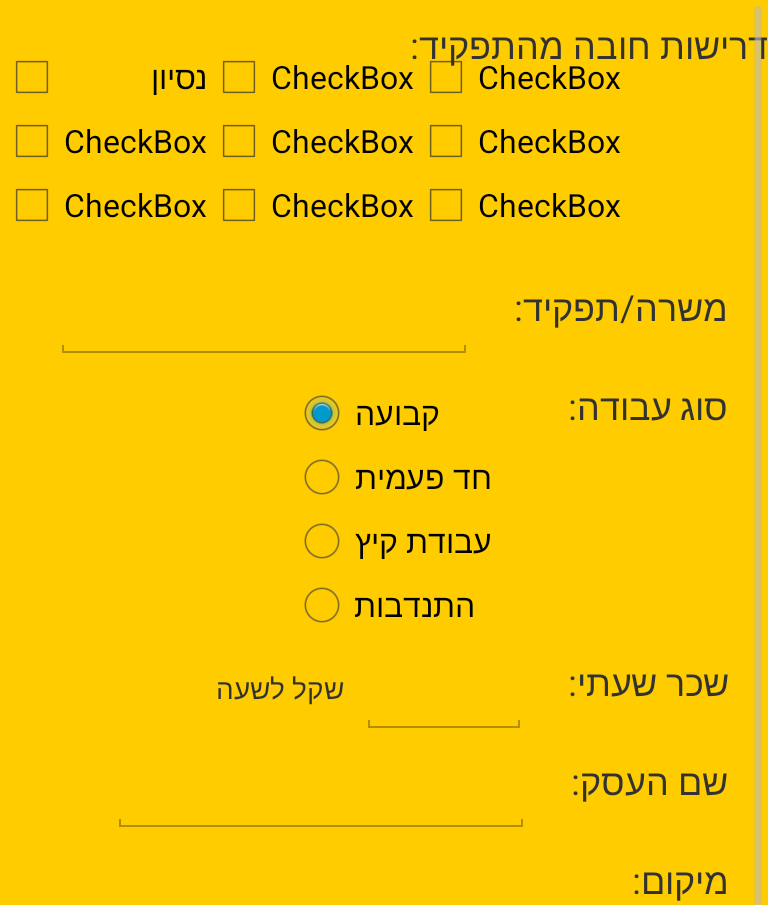
Repository: rodi055/jobli
Layout: Jobli/res/layout/fragment_create_job.xml
An editor plug-in stored every save of this project. The layout is shown before and after the next save, followed by the edit.
The pictures show rows 0 to 905 of an output 1280 px tall.
Pictures or frames that could not be fetched are drawn as grey boxes. It is drawn on a 768 x 1280 px phone screen (xhdpi) without system bars, with theme AppTheme; the app's code is not run. The app's manifest (not shown) leaves right-to-left support off. So textAlignment, textDirection and layoutDirection are ignored, and left and right values win over start and end ones.

Above is the layout before, as saved 2015-01-03 12:38:35.

### Jobli/res/layout/fragment_create_job.xml
<?xml version="1.0" encoding="utf-8"?>
<LinearLayout xmlns:android="http://schemas.android.com/apk/res/android"
    android:layout_width="match_parent"
    android:layout_height="match_parent"
    android:background="#FFCC00"
    android:orientation="vertical" >

    <ScrollView
        android:layout_width="match_parent"
        android:layout_height="wrap_content" >

        <LinearLayout
            android:layout_width="match_parent"
            android:layout_height="wrap_content"
            android:orientation="vertical" >

            <RelativeLayout
                android:layout_width="wrap_content"
                android:layout_height="0dp"
                android:layout_weight="0.56"
                  android:layout_marginTop="10dp" >

                <TextView
                    android:id="@+id/textView10"
                    android:layout_width="wrap_content"
                    android:layout_height="wrap_content"
                    android:layout_alignParentEnd="true"
                    android:layout_alignParentRight="true"
                    android:layout_alignParentTop="true"
                    android:text="דרישות חובה מהתפקיד:"
                    android:textSize="18sp" />

                <TableLayout
                    android:id="@+id/table3"
                    android:layout_width="wrap_content"
                    android:layout_height="wrap_content"
                    android:layout_centerVertical="true"
                    android:layout_toEndOf="@+id/table2"
                    android:layout_toRightOf="@+id/table2" >

                    <TableRow
                        android:id="@+id/tableRow21"
                        android:layout_width="wrap_content"
                        android:layout_height="wrap_content" >

                        <CheckBox
                            android:id="@+id/checkBox22"
                            android:layout_width="wrap_content"
                            android:layout_height="wrap_content"
                            android:text="CheckBox" />
                    </TableRow>

                    <TableRow
                        android:id="@+id/tableRow22"
                        android:layout_width="wrap_content"
                        android:layout_height="wrap_content" >

                        <CheckBox
                            android:id="@+id/checkBox23"
                            android:layout_width="wrap_content"
                            android:layout_height="wrap_content"
                            android:text="CheckBox" />
                    </TableRow>

                    <TableRow
                        android:id="@+id/tableRow23"
                        android:layout_width="wrap_content"
                        android:layout_height="wrap_content" >

                        <CheckBox
                            android:id="@+id/checkBox24"
                            android:layout_width="wrap_content"
                            android:layout_height="wrap_content"
                            android:text="CheckBox" />
                    </TableRow>

                    <TableRow
                        android:id="@+id/tableRow24"
                        android:layout_width="wrap_content"
                        android:layout_height="wrap_content" >
                    </TableRow>
                </TableLayout>

                <TableLayout
                    android:id="@+id/table2"
                    android:layout_width="wrap_content"
                    android:layout_height="wrap_content"
                    android:layout_centerVertical="true"
                    android:layout_toEndOf="@+id/table1"
                    android:layout_toRightOf="@+id/table1" >

                    <TableRow
                        android:id="@+id/tableRow41"
                        android:layout_width="wrap_content"
                        android:layout_height="wrap_content" >

                        <CheckBox
                            android:id="@+id/checkBox2"
                            android:layout_width="wrap_content"
                            android:layout_height="wrap_content"
                            android:text="CheckBox" />
                    </TableRow>

                    <TableRow
                        android:id="@+id/tableRow2"
                        android:layout_width="wrap_content"
                        android:layout_height="wrap_content" >

                        <CheckBox
                            android:id="@+id/checkBox42"
                            android:layout_width="wrap_content"
                            android:layout_height="wrap_content"
                            android:text="CheckBox" />
                    </TableRow>

                    <TableRow
                        android:id="@+id/tableRow3"
                        android:layout_width="wrap_content"
                        android:layout_height="wrap_content" >

                        <CheckBox
                            android:id="@+id/checkBox4"
                            android:layout_width="wrap_content"
                            android:layout_height="wrap_content"
                            android:text="CheckBox" />
                    </TableRow>

                    <TableRow
                        android:id="@+id/tableRow4"
                        android:layout_width="wrap_content"
                        android:layout_height="wrap_content" >
                    </TableRow>
                </TableLayout>

                <TableLayout
                    android:id="@+id/table1"
                    android:layout_width="wrap_content"
                    android:layout_height="wrap_content"
                    android:layout_below="@+id/textView10"
                    android:layout_centerVertical="true" >

                    <TableRow
                        android:id="@+id/tableRow11"
                        android:layout_width="wrap_content"
                        android:layout_height="wrap_content" >

                        <CheckBox
                            android:id="@+id/checkBox12"
                            android:layout_width="wrap_content"
                            android:layout_height="wrap_content"
                            android:text="נסיון" />
                    </TableRow>

                    <TableRow
                        android:id="@+id/tableRow12"
                        android:layout_width="wrap_content"
                        android:layout_height="wrap_content" >

                        <CheckBox
                            android:id="@+id/checkBox13"
                            android:layout_width="wrap_content"
                            android:layout_height="wrap_content"
                            android:text="CheckBox" />
                    </TableRow>

                    <TableRow
                        android:id="@+id/tableRow13"
                        android:layout_width="wrap_content"
                        android:layout_height="wrap_content" >

                        <CheckBox
                            android:id="@+id/checkBox14"
                            android:layout_width="wrap_content"
                            android:layout_height="wrap_content"
                            android:text="CheckBox" />
                    </TableRow>

                    <TableRow
                        android:id="@+id/tableRow14"
                        android:layout_width="wrap_content"
                        android:layout_height="wrap_content" >
                    </TableRow>
                </TableLayout>
            </RelativeLayout>

            <RelativeLayout
                android:layout_width="wrap_content"
                android:layout_height="wrap_content"
                android:layout_marginTop="10dp" >

                <TextView
                    android:id="@+id/textView1"
                    android:layout_width="wrap_content"
                    android:layout_height="wrap_content"
                    android:layout_alignParentEnd="true"
                    android:layout_alignParentRight="true"
                    android:layout_alignParentTop="true"
                    android:layout_marginEnd="20dp"
                    android:layout_marginRight="20dp"
                    android:text="משרה/תפקיד:"
                    android:textSize="18sp" />

                <EditText
                    android:id="@+id/editText1"
                    android:layout_width="wrap_content"
                    android:layout_height="wrap_content"
                    android:layout_alignTop="@+id/textView1"
                    android:layout_marginEnd="20dp"
                    android:layout_marginRight="20dp"
                    android:layout_toLeftOf="@+id/textView1"
                    android:layout_toStartOf="@+id/textView1"
                    android:ems="10"
                    android:inputType="text"
                    android:maxLines="1" />
            </RelativeLayout>

            <RelativeLayout
                android:layout_width="wrap_content"
                android:layout_height="wrap_content"
                android:layout_marginTop="10dp" >

                <TextView
                    android:id="@+id/textView2"
                    android:layout_width="wrap_content"
                    android:layout_height="wrap_content"
                    android:layout_alignParentEnd="true"
                    android:layout_alignParentRight="true"
                    android:layout_alignParentTop="true"
                    android:layout_marginEnd="20dp"
                    android:layout_marginRight="20dp"
                    android:text="סוג עבודה:"
                    android:textSize="18sp" />

                <RadioGroup
                    android:id="@+id/radioGroup1"
                    android:layout_width="wrap_content"
                    android:layout_height="wrap_content"
                    android:layout_alignParentTop="true"
                    android:layout_marginEnd="38dp"
                    android:layout_marginRight="38dp"
                    android:layout_toLeftOf="@+id/textView2" >

                    <RadioButton
                        android:id="@+id/radio0"
                        android:layout_width="wrap_content"
                        android:layout_height="wrap_content"
                        android:checked="true"
                        android:text="קבועה" />

                    <RadioButton
                        android:id="@+id/radio1"
                        android:layout_width="wrap_content"
                        android:layout_height="wrap_content"
                        android:text="חד פעמית" />

                    <RadioButton
                        android:id="@+id/radio2"
                        android:layout_width="wrap_content"
                        android:layout_height="wrap_content"
                        android:text="עבודת קיץ" />

                    <RadioButton
                        android:id="@+id/radio3"
                        android:layout_width="wrap_content"
                        android:layout_height="wrap_content"
                        android:text="התנדבות" />
                </RadioGroup>
            </RelativeLayout>

            <RelativeLayout
                android:layout_width="wrap_content"
                android:layout_height="wrap_content"
                android:layout_marginTop="10dp" >

                <TextView
                    android:id="@+id/textView8"
                    android:layout_width="wrap_content"
                    android:layout_height="wrap_content"
                    android:layout_alignParentEnd="true"
                    android:layout_alignParentRight="true"
                    android:layout_alignParentTop="true"
                    android:layout_marginEnd="20dp"
                    android:layout_marginRight="20dp"
                    android:text="שכר שעתי:"
                    android:textSize="18sp" />

                <EditText
                    android:id="@+id/editText8"
                    android:layout_width="wrap_content"
                    android:layout_height="wrap_content"
                    android:layout_alignTop="@+id/textView8"
                    android:layout_marginEnd="20dp"
                    android:layout_marginRight="20dp"
                    android:layout_toLeftOf="@+id/textView8"
                    android:ems="4"
                    android:inputType="numberDecimal"
                    android:maxLines="1"
                    android:singleLine="true" />

                <TextView
                    android:id="@+id/textView9"
                    android:layout_width="wrap_content"
                    android:layout_height="wrap_content"
                    android:layout_alignBottom="@+id/textView8"
                    android:layout_marginRight="8dp"
                    android:layout_toLeftOf="@+id/editText8"
                    android:text="שקל לשעה" />
            </RelativeLayout>

            <RelativeLayout
                android:layout_width="wrap_content"
                android:layout_height="wrap_content"
                android:layout_marginTop="10dp" >

                <TextView
                    android:id="@+id/textView3"
                    android:layout_width="wrap_content"
                    android:layout_height="wrap_content"
                    android:layout_alignParentEnd="true"
                    android:layout_alignParentRight="true"
                    android:layout_alignParentTop="true"
                    android:layout_marginEnd="20dp"
                    android:layout_marginRight="20dp"
                    android:text="שם העסק:"
                    android:textSize="18sp" />

                <EditText
                    android:id="@+id/editText3"
                    android:layout_width="wrap_content"
                    android:layout_height="wrap_content"
                    android:layout_alignTop="@+id/textView3"
                    android:layout_marginEnd="20dp"
                    android:layout_marginRight="20dp"
                    android:layout_toLeftOf="@+id/textView3"
                    android:ems="10"
                    android:maxLines="1"
                    android:singleLine="true" />
            </RelativeLayout>

            <RelativeLayout
                android:layout_width="wrap_content"
                android:layout_height="wrap_content"
                android:layout_marginTop="10dp" >

                <TextView
                    android:id="@+id/textView4"
                    android:layout_width="wrap_content"
                    android:layout_height="wrap_content"
                    android:layout_alignParentEnd="true"
                    android:layout_alignParentRight="true"
                    android:layout_alignParentTop="true"
                    android:layout_marginEnd="20dp"
                    android:layout_marginRight="20dp"
                    android:text="מיקום:"
                    android:textSize="18sp" />
            </RelativeLayout>

            <fragment
                android:id="@+id/My_map"
                android:layout_width="match_parent"
                android:layout_height="120dp"
                android:layout_marginBottom="20dp"
                class="com.google.android.gms.maps.MapFragment" />

            <RelativeLayout
                android:layout_width="wrap_content"
                android:layout_height="wrap_content"
                android:layout_marginTop="10dp" >

                <TextView
                    android:id="@+id/textView5"
                    android:layout_width="wrap_content"
                    android:layout_height="wrap_content"
                    android:layout_alignParentEnd="true"
                    android:layout_alignParentRight="true"
                    android:layout_alignParentTop="true"
                    android:layout_marginEnd="20dp"
                    android:layout_marginRight="20dp"
                    android:text="שם איש קשר:"
                    android:textSize="18sp" />

                <EditText
                    android:id="@+id/editText5"
                    android:layout_width="wrap_content"
                    android:layout_height="wrap_content"
                    android:layout_alignTop="@+id/textView5"
                    android:layout_marginEnd="20dp"
                    android:layout_marginRight="20dp"
                    android:layout_toLeftOf="@+id/textView5"
                    android:layout_toStartOf="@+id/textView5"
                    android:ems="10"
                    android:inputType="textPersonName"
                    android:maxLines="1"
                    android:singleLine="true" />
            </RelativeLayout>

            <RelativeLayout
                android:layout_width="wrap_content"
                android:layout_height="wrap_content"
                android:layout_marginTop="10dp" >

                <TextView
                    android:id="@+id/textView6"
                    android:layout_width="wrap_content"
                    android:layout_height="wrap_content"
                    android:layout_alignParentEnd="true"
                    android:layout_alignParentRight="true"
                    android:layout_alignParentTop="true"
                    android:layout_marginEnd="20dp"
                    android:layout_marginRight="20dp"
                    android:text="איימיל:"
                    android:textSize="18sp" />

                <EditText
                    android:id="@+id/editText6"
                    android:layout_width="wrap_content"
                    android:layout_height="wrap_content"
                    android:layout_alignTop="@+id/textView6"
                    android:layout_marginEnd="20dp"
                    android:layout_marginRight="20dp"
                    android:layout_toLeftOf="@+id/textView6"
                    android:layout_toStartOf="@+id/textView6"
                    android:ems="10"
                    android:inputType="textEmailAddress"
                    android:maxLines="1"
                    android:singleLine="true" />
            </RelativeLayout>

            <RelativeLayout
                android:layout_width="wrap_content"
                android:layout_height="wrap_content"
                android:layout_marginTop="10dp"
                android:contentDescription="@android:string/emptyPhoneNumber" >

                <TextView
                    android:id="@+id/textView7"
                    android:layout_width="wrap_content"
                    android:layout_height="wrap_content"
                    android:layout_alignParentEnd="true"
                    android:layout_alignParentRight="true"
                    android:layout_alignParentTop="true"
                    android:layout_marginEnd="20dp"
                    android:layout_marginRight="20dp"
                    android:text="מספר טלפון:"
                    android:textSize="18sp" />

                <EditText
                    android:id="@+id/editText7"
                    android:layout_width="wrap_content"
                    android:layout_height="wrap_content"
                    android:layout_alignTop="@+id/textView7"
                    android:layout_marginEnd="20dp"
                    android:layout_marginRight="20dp"
                    android:layout_toLeftOf="@+id/textView7"
                    android:layout_toStartOf="@+id/textView7"
                    android:ems="10"
                    android:inputType="phone"
                    android:maxLines="1"
                    android:singleLine="true" />

                <CheckBox
                    android:id="@+id/checkBox1"
                    android:layout_width="wrap_content"
                    android:layout_height="wrap_content"
                    android:layout_alignParentRight="true"
                    android:layout_below="@id/textView7"
                    android:text="אל תציג מספר טלפון"
                    android:textSize="12sp" />
            </RelativeLayout>
        </LinearLayout>
    </ScrollView>

</LinearLayout>

Loaded but not shown: Jobli/res/values/styles.xml (common file); Jobli/res/values-v11/styles.xml (common file); Jobli/res/values-v14/styles.xml (common file)

After the next save:
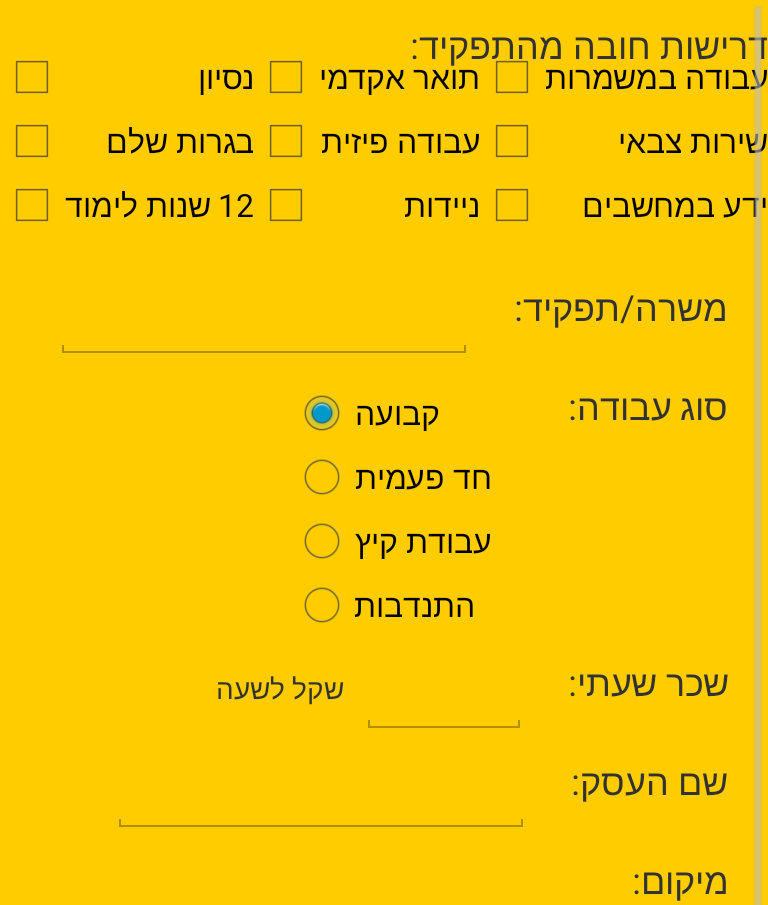
Saved 2 min 17 s later.
--- a/Jobli/res/layout/fragment_create_job.xml
+++ b/Jobli/res/layout/fragment_create_job.xml
@@ -47,7 +47,7 @@
                             android:id="@+id/checkBox22"
                             android:layout_width="wrap_content"
                             android:layout_height="wrap_content"
-                            android:text="CheckBox" />
+                            android:text="עבודה במשמרות" />
                     </TableRow>
 
                     <TableRow
@@ -59,7 +59,7 @@
                             android:id="@+id/checkBox23"
                             android:layout_width="wrap_content"
                             android:layout_height="wrap_content"
-                            android:text="CheckBox" />
+                            android:text="שירות צבאי" />
                     </TableRow>
 
                     <TableRow
@@ -71,7 +71,7 @@
                             android:id="@+id/checkBox24"
                             android:layout_width="wrap_content"
                             android:layout_height="wrap_content"
-                            android:text="CheckBox" />
+                            android:text="ידע במחשבים" />
                     </TableRow>
 
                     <TableRow
@@ -98,7 +98,7 @@
                             android:id="@+id/checkBox2"
                             android:layout_width="wrap_content"
                             android:layout_height="wrap_content"
-                            android:text="CheckBox" />
+                            android:text="תואר אקדמי" />
                     </TableRow>
 
                     <TableRow
@@ -110,7 +110,7 @@
                             android:id="@+id/checkBox42"
                             android:layout_width="wrap_content"
                             android:layout_height="wrap_content"
-                            android:text="CheckBox" />
+                            android:text="עבודה פיזית" />
                     </TableRow>
 
                     <TableRow
@@ -122,7 +122,7 @@
                             android:id="@+id/checkBox4"
                             android:layout_width="wrap_content"
                             android:layout_height="wrap_content"
-                            android:text="CheckBox" />
+                            android:text="ניידות" />
                     </TableRow>
 
                     <TableRow
@@ -160,7 +160,7 @@
                             android:id="@+id/checkBox13"
                             android:layout_width="wrap_content"
                             android:layout_height="wrap_content"
-                            android:text="CheckBox" />
+                            android:text="בגרות שלם" />
                     </TableRow>
 
                     <TableRow
@@ -172,7 +172,7 @@
                             android:id="@+id/checkBox14"
                             android:layout_width="wrap_content"
                             android:layout_height="wrap_content"
-                            android:text="CheckBox" />
+                            android:text="12 שנות לימוד" />
                     </TableRow>
 
                     <TableRow
